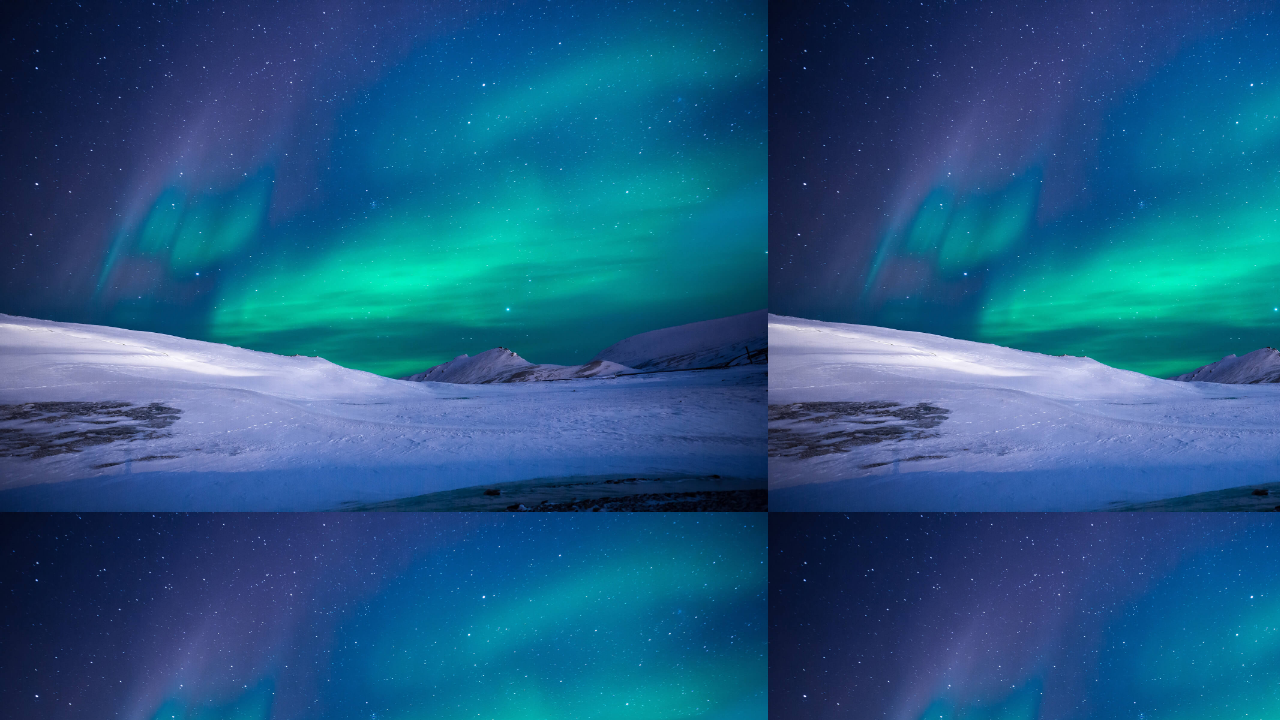
Repository: DHUAVH/Blog
Page: test/test.html
These files come from the project's save history. The page is drawn as it stood at one moment and after the next save; the edit follows.
The browser window is 1280 px wide. The pictures show the whole page.

Above is the page before, as saved 2020-11-29 16:14:42.

### test/test.html
<!DOCTYPE html>
<html lang="en">
<head>
   <meta charset="UTF-8">
   <meta name="viewport" content="width=device-width, initial-scale=1.0">
   <title>Document</title>
   <style>
      .background{
         background-image: url(../images/login.jpg);
         background-size: 60%;
      }
   </style>
</head>

<body class="background">

</body>
</html>

After the next save:
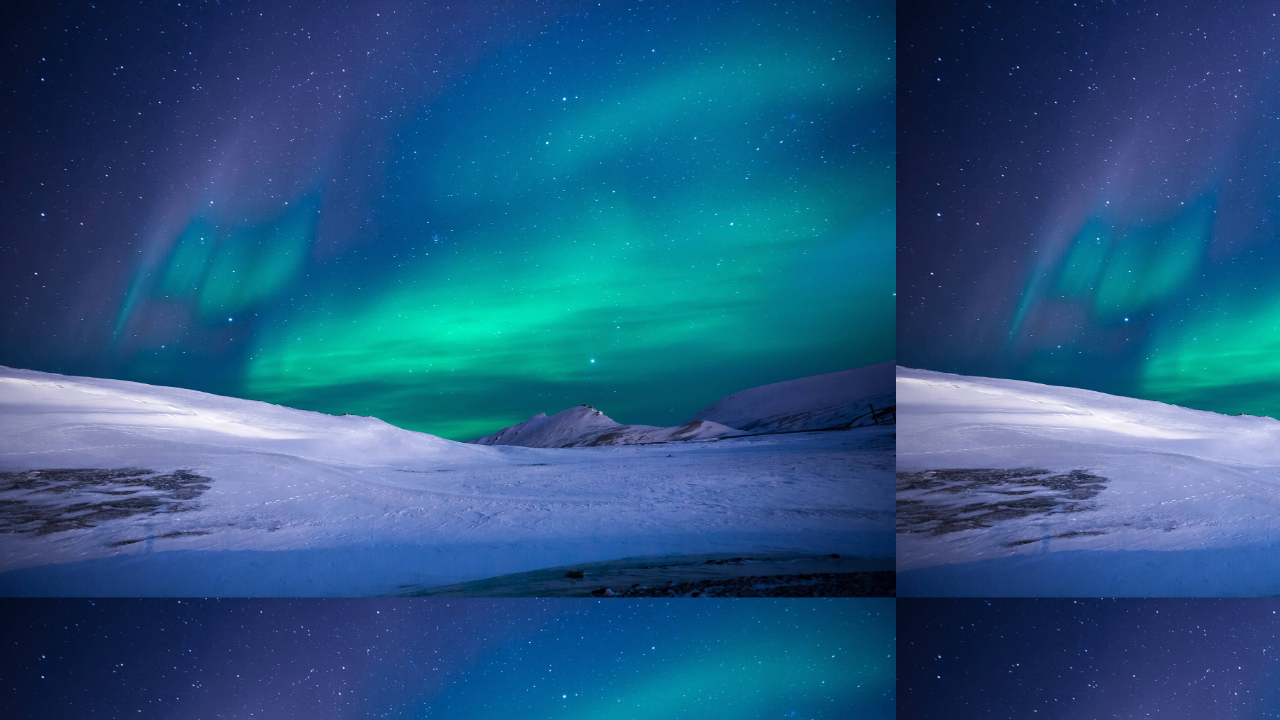
Saved 4 s later.
--- a/test/test.html
+++ b/test/test.html
@@ -7,7 +7,7 @@
    <style>
       .background{
          background-image: url(../images/login.jpg);
-         background-size: 60%;
+         background-size: 70%;
       }
    </style>
 </head>
